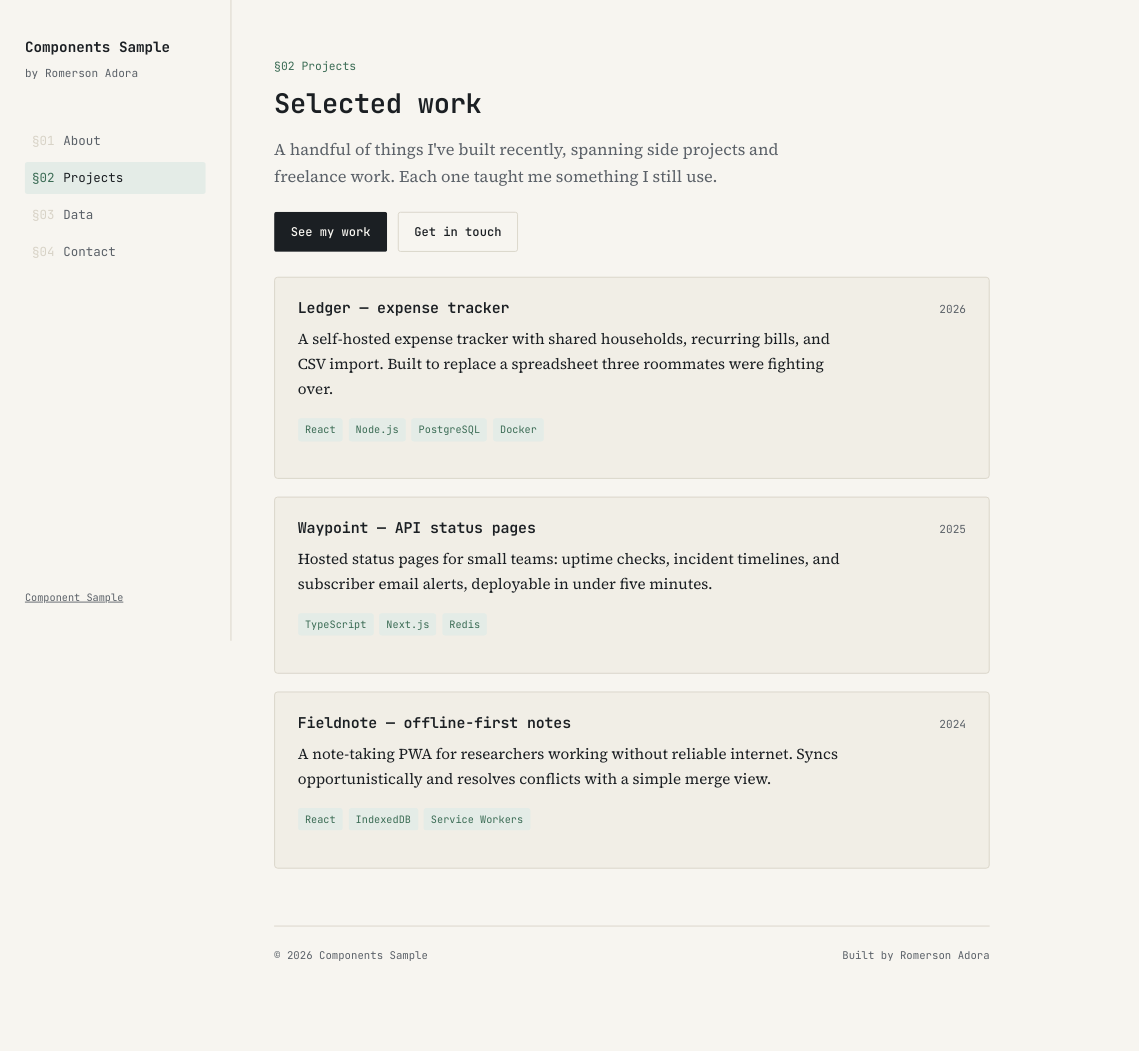
Repository: rsondev/Components-Project
Page: /projects
These files come from the project's save history. The page is drawn as it stood at one moment and after the next save; the edit follows.
The browser window is 1280 px wide. The pictures show the whole page, at 89% of full size.
The project was rebuilt for these pictures with package versions that can differ from the ones it lists, and the page was loaded fresh each time. Also part of the build but not shown: vite.config.js, src/pages/Home.jsx, src/components/DataStats.jsx, src/data/skills.js, src/pages/Data.jsx, src/components/ContactForm.jsx, src/pages/Contact.jsx.

Above is the page before, as saved 2026-09-12 13:23:36.

After the next save:
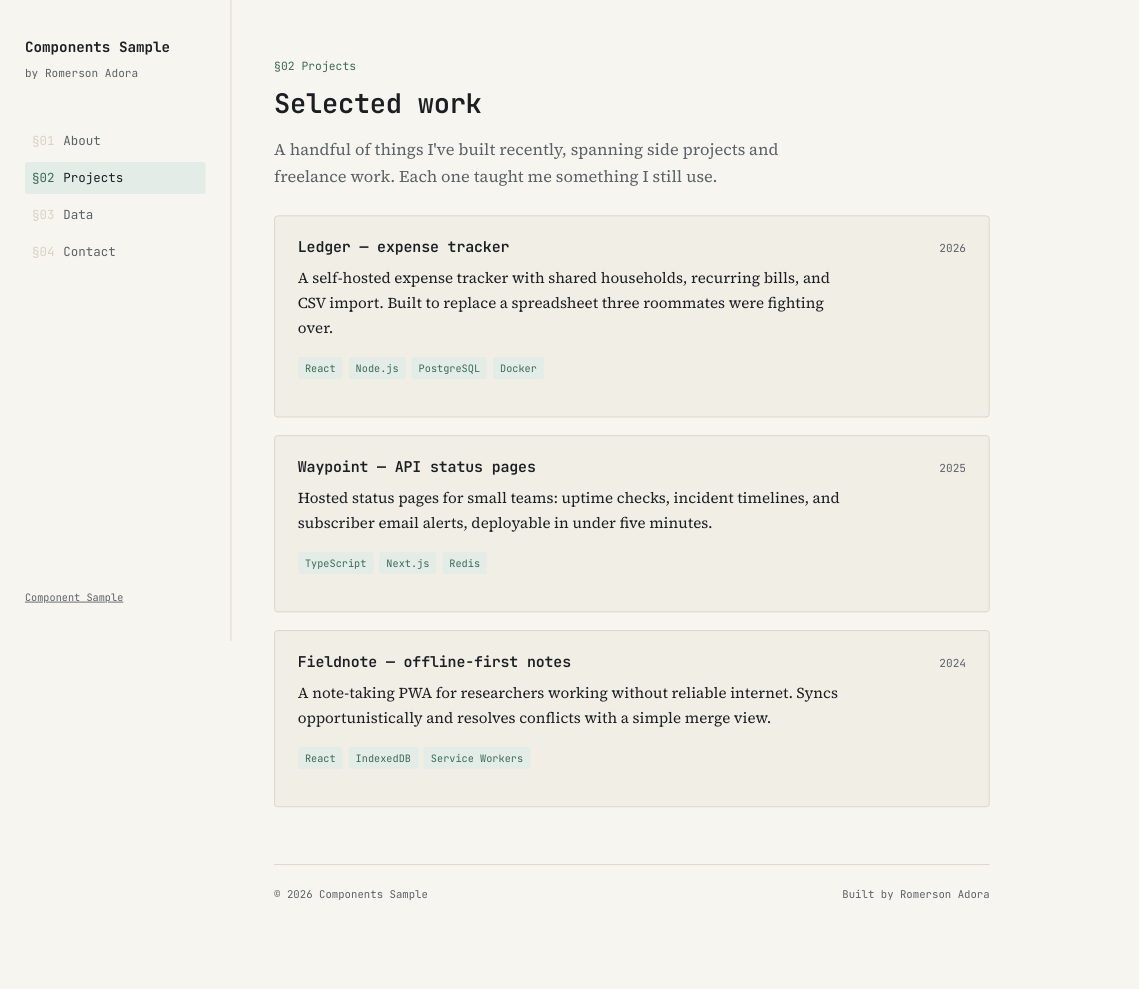
Saved 34 s later.
--- a/src/pages/Projects.jsx
+++ b/src/pages/Projects.jsx
@@ -13,12 +13,7 @@ export default function Projects() {
         A handful of things I've built recently, spanning side projects
         and freelance work. Each one taught me something I still use.
       </p>
-        <div style={{ display: 'flex', gap: '0.75rem', marginTop: '1.5rem' }}>
-              <Button href="/projects">See my work</Button>
-              <Button href="/contact" variant="ghost">
-                Get in touch
-              </Button>
-            </div>
+
 
       <div className="project-grid">
         {projects.map((project) => (
